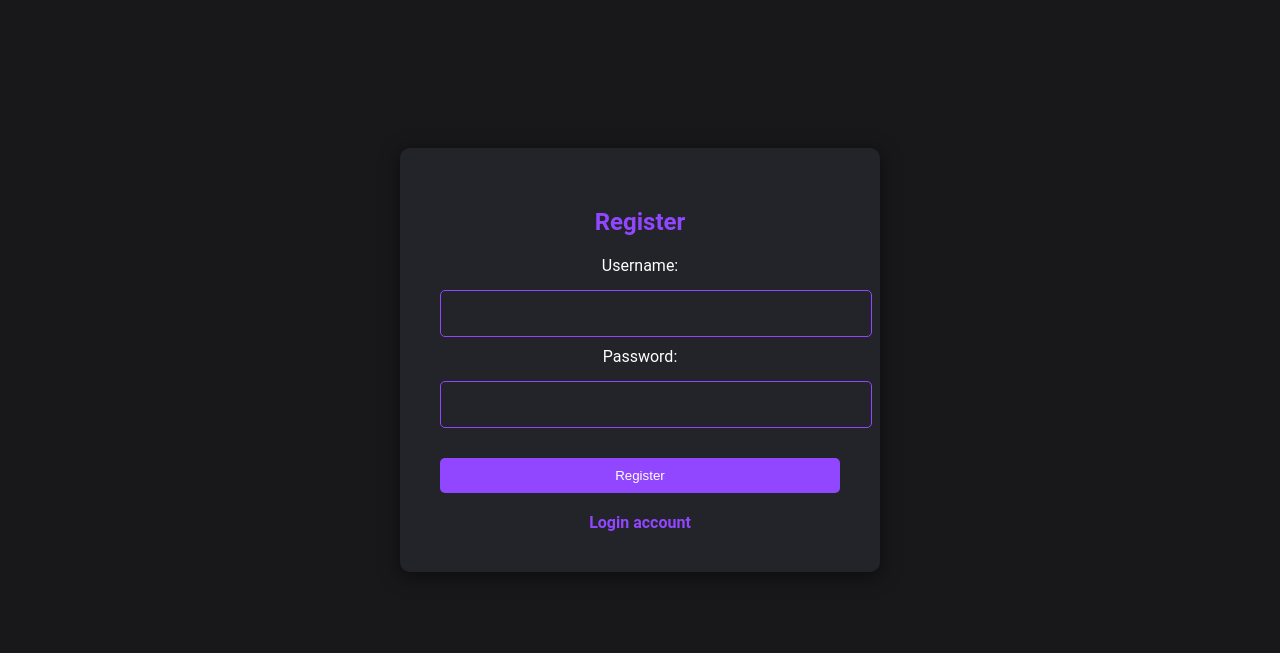
Repository: wolvicjohn/argon2
Page: http://localhost/register.php
An editor plug-in stored every save of this project. The page is shown before and after the next save, followed by the edit.
The browser window is 1280 px wide. The pictures show the whole page.
The page is run by PHP 8.4 with error messages shown; the project is at /var/www/html/.

Above is the page before, as saved 2024-10-22 16:58:33.

After the next save:
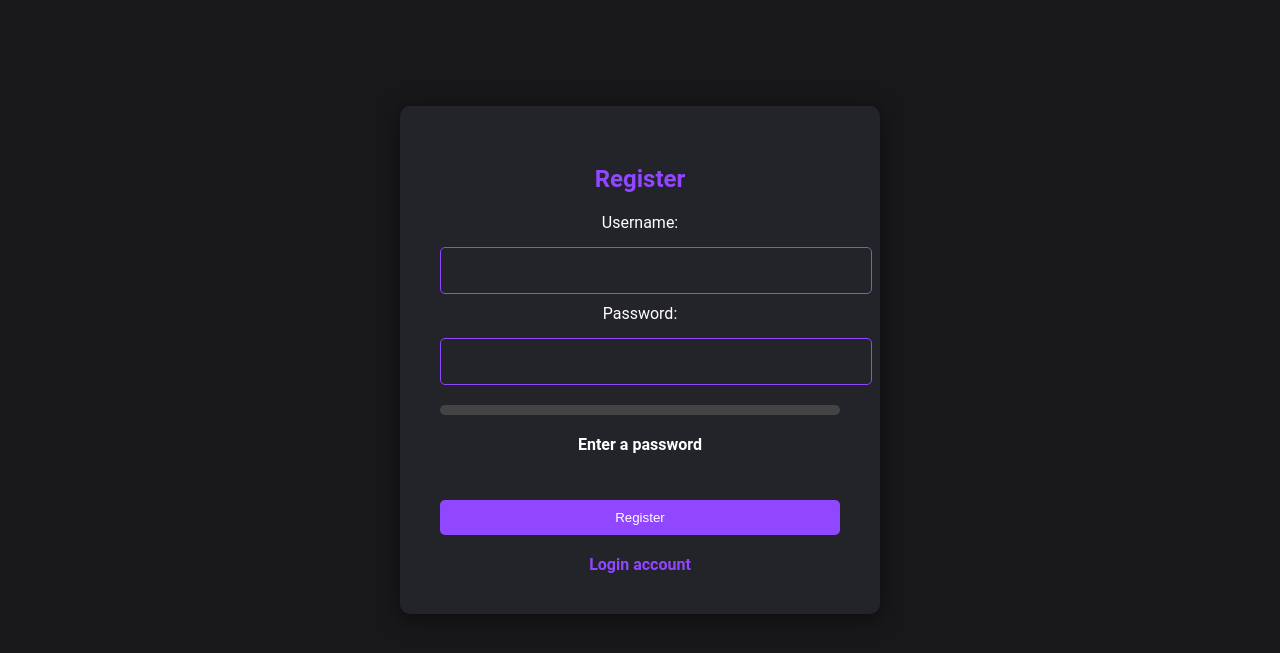
Saved 51 s later.
--- a/register.php
+++ b/register.php
@@ -2,10 +2,16 @@
 // Include the database connection
 require 'db.php';
 
+// Check if PEPPER is already defined
+if (!defined('PEPPER')) {
+    define('PEPPER', 'pares-overload');
+}
+
 $message = '';
+
 if ($_SERVER['REQUEST_METHOD'] === 'POST') {
-    $username = trim($_POST['username']);
-    $password = trim($_POST['password']);
+    $username = $_POST['username'];
+    $password = $_POST['password'];
 
     // Check if username exists
     $stmt = $pdo->prepare('SELECT id FROM users WHERE username = ?');
@@ -26,9 +32,9 @@ if ($_SERVER['REQUEST_METHOD'] === 'POST') {
 
         // Insert user into the database with salt and pepper
         $stmt = $pdo->prepare(
-            'INSERT INTO users (username, password_hash, salt) VALUES (?, ?, ?)'
+            'INSERT INTO users (username, password_hash, salt, pepper) VALUES (?, ?, ?, ?)'
         );
-        $stmt->execute([$username, $passwordHash, $salt]);
+        $stmt->execute([$username, $passwordHash, $salt, PEPPER]);
 
         $message = '<div class="message success">User registered successfully!</div>';
     }
@@ -54,6 +60,11 @@ if ($_SERVER['REQUEST_METHOD'] === 'POST') {
             <label for="password">Password:</label>
             <input type="password" name="password" id="password" required>
 
+            <div class="password-strength">
+                <div class="strength-bar" id="strength-bar"></div>
+            </div>
+            <p class="message" id="strength-text">Enter a password</p>
+
             <?php if ($message): ?>
                 <?= $message; ?>
             <?php endif; ?>
